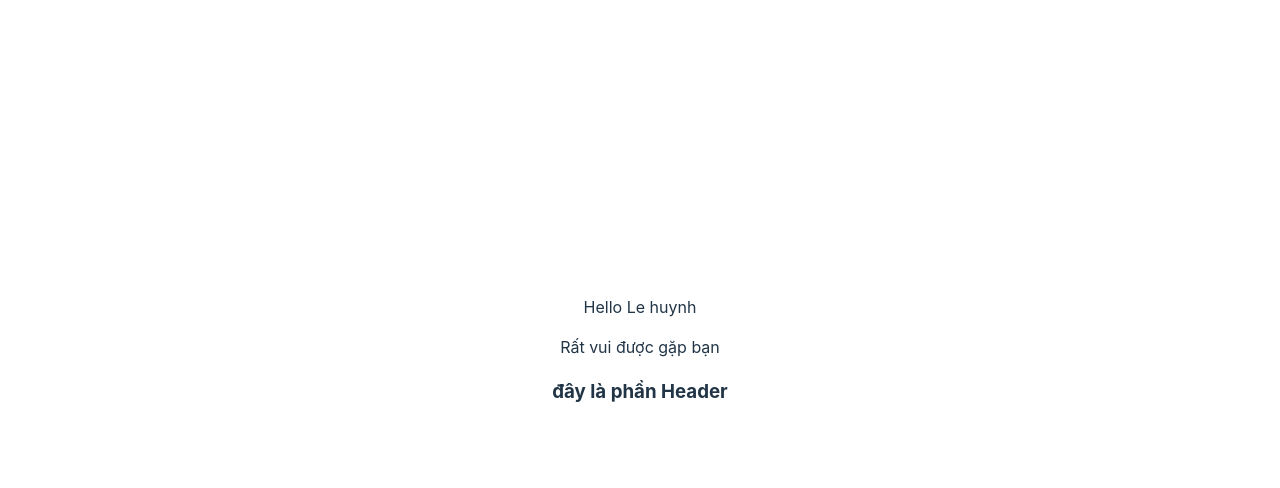
Repository: Lehuyhuynh/BT_ReactJs
Page: /product (app in vite-project/)
These files come from the project's save history. The page is drawn as it stood at one moment and after the next save; the edit follows.
The browser window is 1280 px wide. The pictures show the whole page.
The project was rebuilt for these pictures with package versions that can differ from the ones it lists, and the page was loaded fresh each time. Also part of the build but not shown: vite-project/vite.config.js.

Above is the page before, as saved 2023-09-25 08:56:14.

### vite-project/src/App.jsx
import HelloWorld from "./BaiHoc9/HelloWorld";
import BTH2 from "./BaiHoc9/BTH2";
import "./App.css";

function App() {
  return (
    <>
      <HelloWorld></HelloWorld>
      <BTH2></BTH2>
    </>
  );
}

export default App;

### vite-project/src/BaiHoc9/HelloWorld.jsx
function HelloWorld() {
  const user = {
    ho: "Le",
    name: "huynh",
  };
  return (
    <div>
      Hello {user.ho} {user.name}
      <p>Rất vui được gặp bạn</p>
    </div>
  );
}
export default HelloWorld;

### vite-project/src/BaiHoc9/BTH2.jsx
function BTH2() {
  return (
    <div>
      <h3>đây là phần Header</h3>
    </div>
  );
}
export default BTH2;

Loaded but not shown: vite-project/index.html (common file); vite-project/src/main.jsx (common file); vite-project/src/index.css (common file); vite-project/src/App.css (common file)

After the next save:
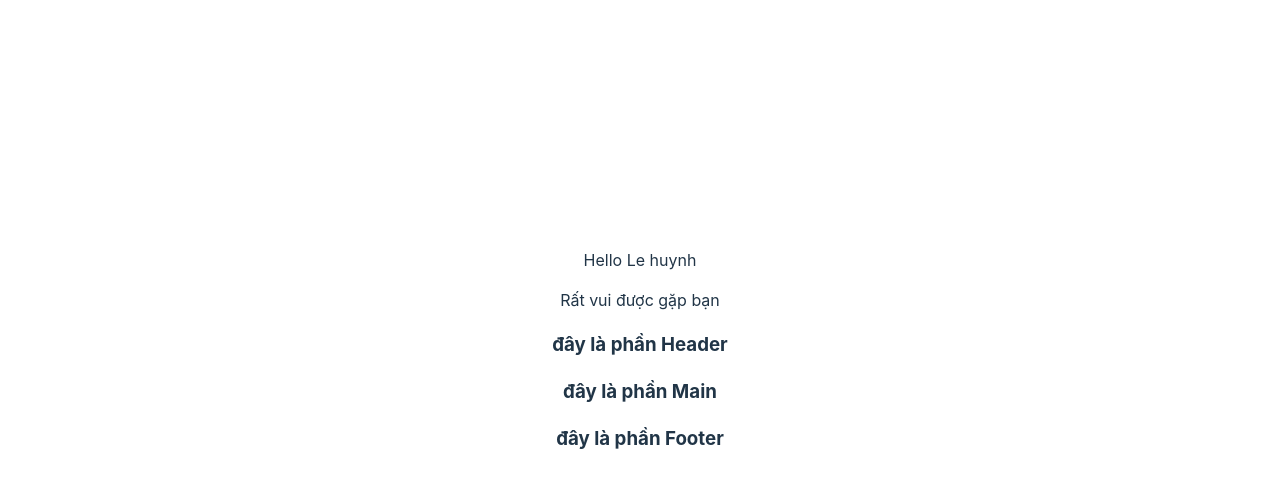
Saved 36 s later.
--- a/vite-project/src/BaiHoc9/BTH2.jsx
+++ b/vite-project/src/BaiHoc9/BTH2.jsx
@@ -2,6 +2,8 @@ function BTH2() {
   return (
     <div>
       <h3>đây là phần Header</h3>
+      <h3>đây là phần Main</h3>
+      <h3>đây là phần Footer</h3>
     </div>
   );
 }
